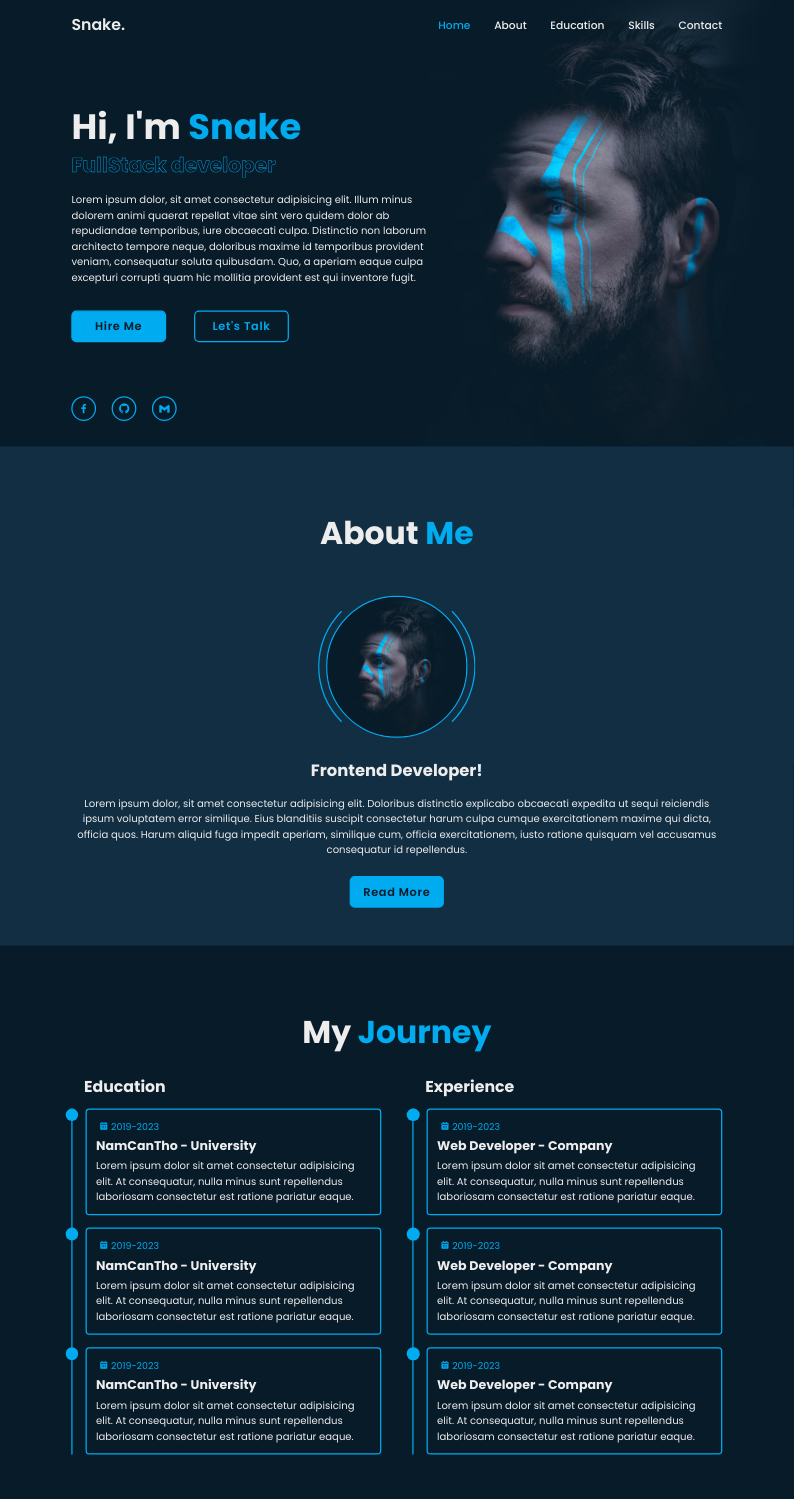
Repository: Tanty102/About_Me
Page: index.html
An editor plug-in stored every save of this project. The page is shown before and after the next save, followed by the edit.
The browser window is 1280 px wide. The pictures show the whole page, at 62% of full size.

Above is the page before, as saved 2023-09-12 18:48:20.

After the next save:
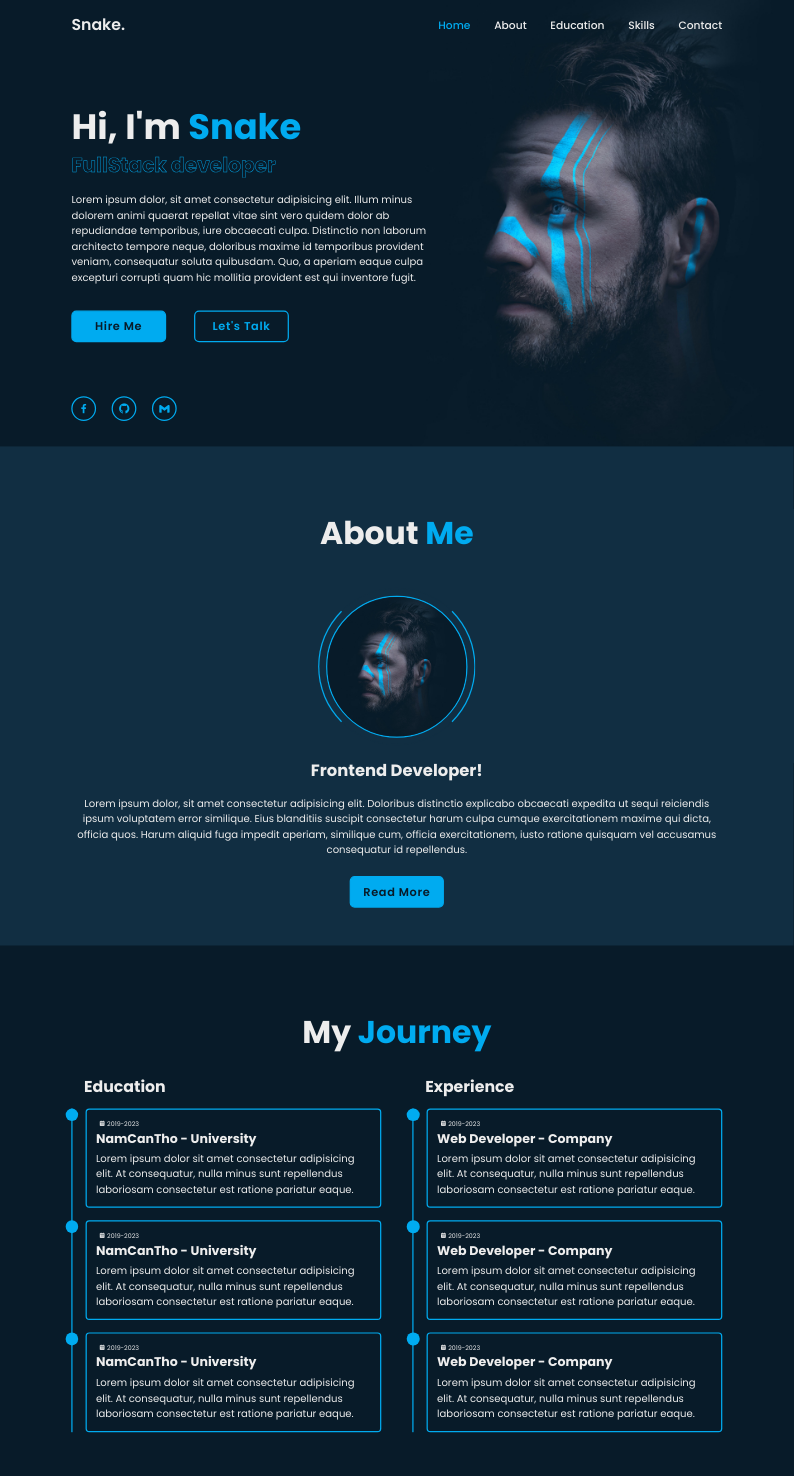
Saved 48 s later.
--- a/style.css
+++ b/style.css
@@ -350,6 +350,8 @@
   margin-bottom: 2rem;
 }
 
+.education-content .content
+
 .education-content .content .year {
   font-size: 1.5rem;
   color: var(--main-color);

After the 4 saves that followed:
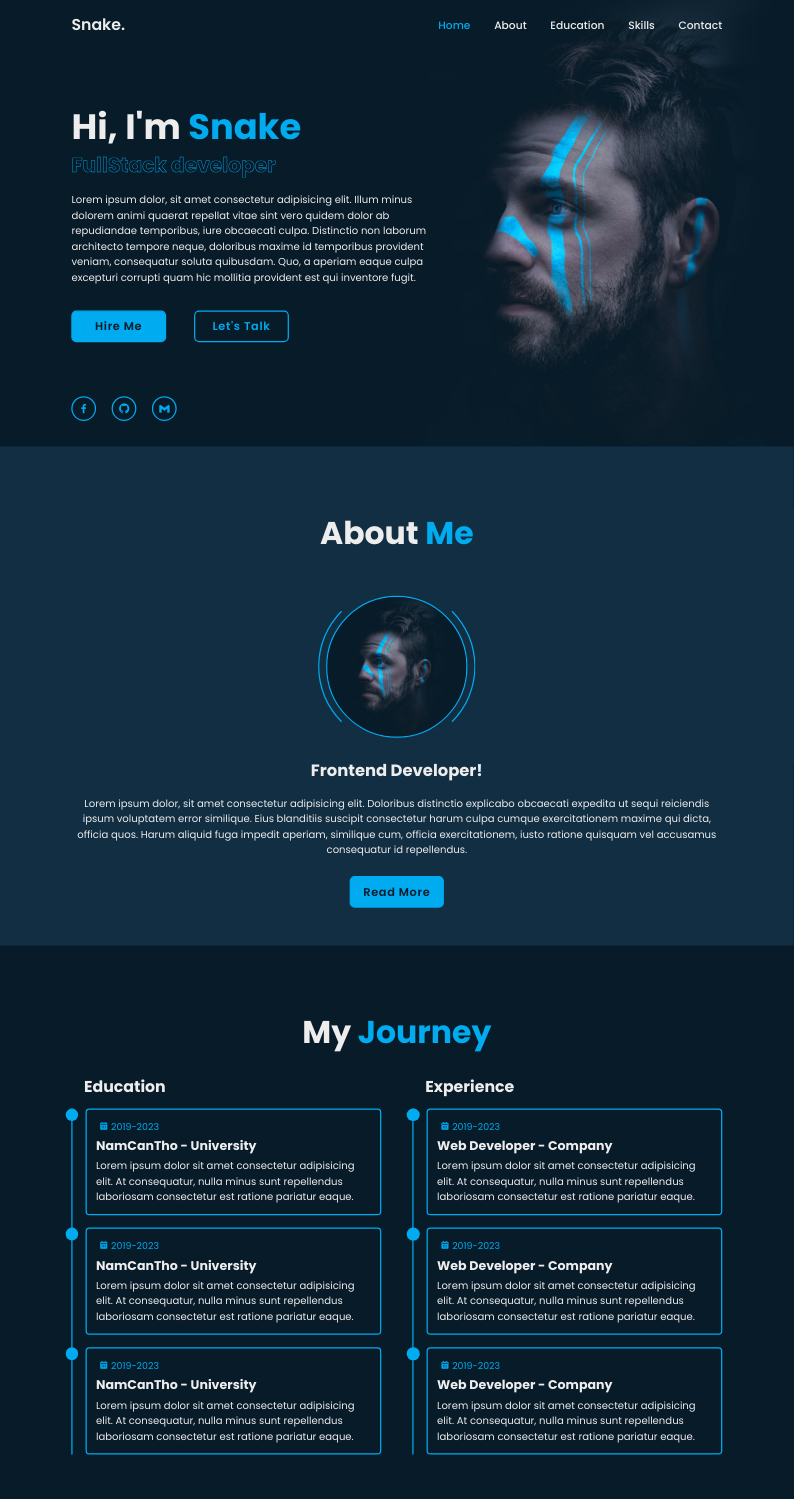
The 4 saves are shown as one change because they came seconds apart.
The last was saved 10 s later.
--- a/style.css
+++ b/style.css
@@ -350,7 +350,9 @@
   margin-bottom: 2rem;
 }
 
-.education-content .content
+.education-content .content::before {
+  color: var(--main-color);
+}
 
 .education-content .content .year {
   font-size: 1.5rem;
